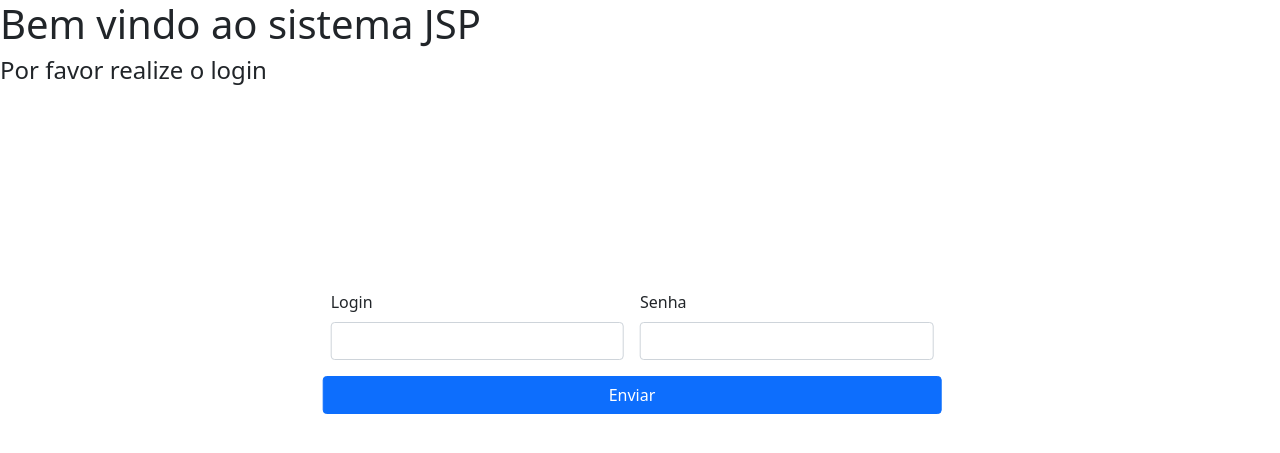
Repository: EduCarmo/PROJETO_JAVA-JSP_JDBC_SQL_JAVA
Page: http://localhost/curso-jsp/principal/navbar.jsp
These files come from the project's save history. The page is drawn as it stood at one moment and after the next save; the edit follows.
The browser window is 1280 px wide. The pictures show the whole page.
The page is served by Tomcat 10.

Above is the page before, as saved 2024-03-13 22:03:00.

After the next save:
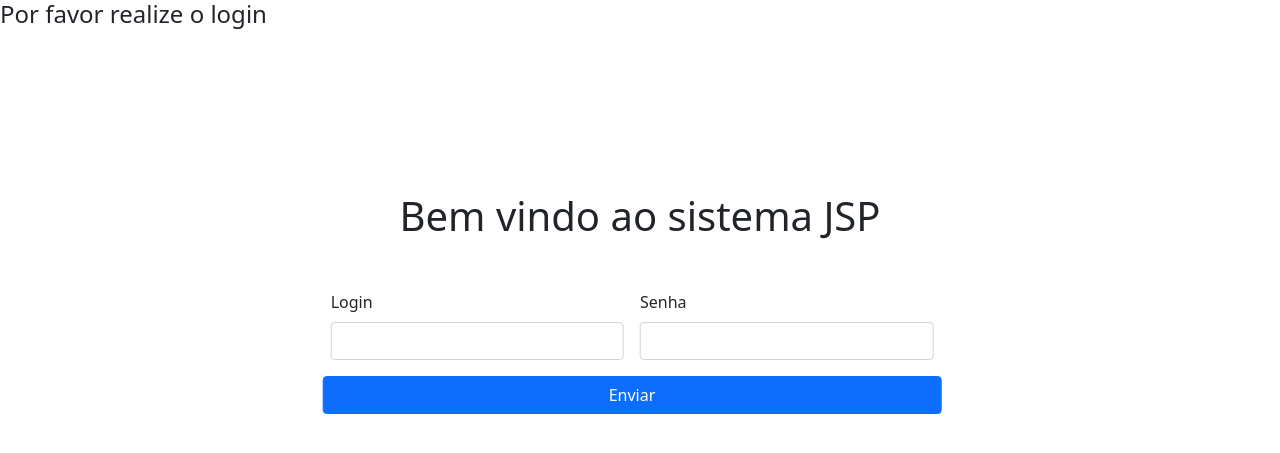
Saved 57 s later.
--- a/curso-jsp/src/main/webapp/index.jsp
+++ b/curso-jsp/src/main/webapp/index.jsp
@@ -19,6 +19,13 @@
 form{
 	position: absolute;
 	top: 50%;
+	left: 50%;
+	transform: translate(-50%,-50%);
+}
+
+h1{
+	position: absolute;
+	top: 30%;
 	left: 50%;
 	transform: translate(-50%,-50%);
 
